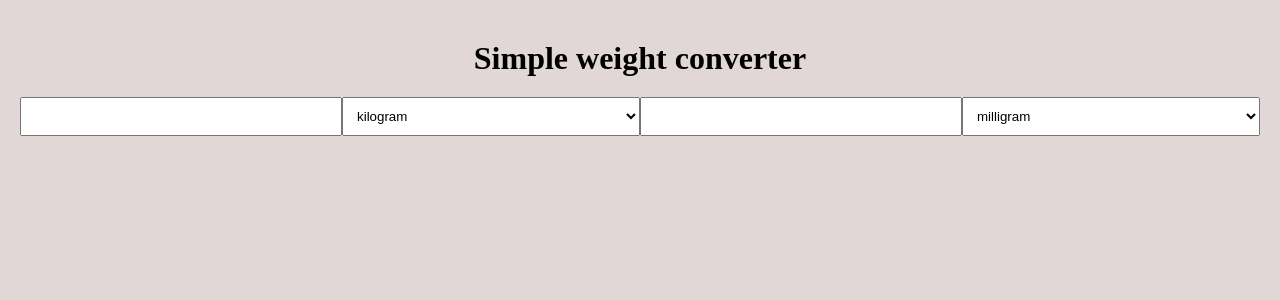
Repository: Eugene44-hub/weight-converter
Page: index.html
The author's editor kept a copy of each file at every save. The page is drawn from the files as they stood at one save, then again after the next save.
The browser window is 1280 px wide. The pictures show the whole page.

Above is the page before, as saved 2021-09-20 04:59:28.

### index.html
<!DOCTYPE html>
<html lang="en">

<head>
    <meta charset="UTF-8">
    <meta http-equiv="X-UA-Compatible" content="IE=edge">
    <meta name="viewport" content="width=device-width, initial-scale=1.0">
    <link rel="stylesheet" href="style.css">
    <title>Document</title>
</head>

<body>
    <div class="converter">
        <h1>Simple weight converter</h1>

        <input type="number" id="typed">
        <select name="" id="in-weight">
      <option value="kg">kilogram</option>
      <option value="ou">ounce</option>
      <option value="mg">milligram</option>
    </select>
        <input type="number" id="output">
        <select name="" id="out-weight">
      <option value="mg">milligram</option>
      <option value="ou">ounce</option>
      <option value="kg">kilogram</option>
    </select>
    </div>
    <script src="app.js"></script>
</body>

</html>

### style.css
* {
    padding: 0;
    margin: 0;
}

body {
    background-color: rgb(226, 215, 215);
}

input {
    padding: 10px;
    flex: 10%;
    margin-bottom: 10px;
}

h1 {
    text-align: center;
    flex: 100%;
    margin-bottom: 20px;
}

select {
    padding: 10px;
    margin-bottom: 10px;
    flex: 10%;
}

.converter {
    display: flex;
    flex-wrap: wrap;
    justify-content: space-between;
    padding: 20px;
    margin: 20px auto;
}

### app.js
let typed = document.querySelector('#typed');
let output = document.querySelector('#output');
let select = document.querySelector('#in-weight');
let select2 = document.querySelector('#out-weight');

function selectTwo(val) {
    select2.addEventListener('change', e => {
        if (select2.value === 'mg' && select.value === 'kg') {
            output.value = val * Math.pow(10, 6)
        } else if (select2.value === "ou" && select.value === 'mg') {
            output.value = val * 0.000035274
        } else if (select2.value === "ou" && select.value === 'kg') {
            output.value = val * 35.274
        } else if (select2.value === "kg" && select.value === 'ou') {
            output.value = val / 35.274
        } else if (select2.value === "mg" && select.value === 'ou') {
            output.value = val / 0.000035274
        } else if (select2.value === "kg" && select.value === 'mg') {
            output.value = val / Math.pow(10, 6)
        } else {
            output.value = typed.value
        }

    })
}

function selectOne(val) {
    select.addEventListener('change', e => {

        if (select2.value === 'mg' && select.value === 'kg') {
            typed.value = val / Math.pow(10, 6)
        } else if (select2.value === "mg" && select.value === 'ou') {
            typed.value = val * 0.000035274
        } else if (select2.value === "ou" && select.value === 'kg') {
            typed.value = val / 35.274
        } else if (select2.value === "kg" && select.value === 'ou') {
            typed.value = val * 35.274
        } else if (select2.value === "ou" && select.value === 'mg') {
            typed.value = val / 0.000035274
        } else if (select2.value === "kg" && select.value === 'mg') {
            typed.value = val * Math.pow(10, 6)
        } else { typed.value = output.value }
    })
}


typed.addEventListener('input',
    e => {

        if (select2.value === 'mg' && select.value === 'kg') {
            output.value = Number(e.target.value) * Math.pow(10, 6)
        } else if (select2.value === "ou" && select.value === 'mg') {
            output.value = Number(e.target.value) * 0.000035274
        } else if (select2.value === "ou" && select.value === 'kg') {
            output.value = Number(e.target.value) * 35.274
        } else if (select2.value === "kg" && select.value === 'ou') {
            output.value = Number(e.target.value) / 35.274
        } else if (select2.value === "mg" && select.value === 'ou') {
            output.value = Number(e.target.value) / 0.000035274
        } else if (select2.value === "kg" && select.value === 'mg') {
            output.value = Number(e.target.value) / Math.pow(10, 6)
        } else {
            output.value = typed.value
        }
        selectTwo(Number(e.target.value))
    })

output.addEventListener('input',
    e => {
        if (select2.value === 'mg' && select.value === 'kg') {
            typed.value = Number(e.target.value) / Math.pow(10, 6)
        } else if (select2.value === "mg" && select.value === 'ou') {
            typed.value = Number(e.target.value) * 0.000035274
        } else if (select2.value === "ou" && select.value === 'kg') {
            typed.value = Number(e.target.value) / 35.274
        } else if (select2.value === "kg" && select.value === 'ou') {
            typed.value = Number(e.target.value) * 35.274
        } else if (select2.value === "ou" && select.value === 'mg') {
            typed.value = Number(e.target.value) / 0.000035274
        } else if (select2.value === "kg" && select.value === 'mg') {
            typed.value = Number(e.target.value) * Math.pow(10, 6)
        } else { typed.value = output.value }
        selectOne(Number(e.target.value))
    })

After the next save:
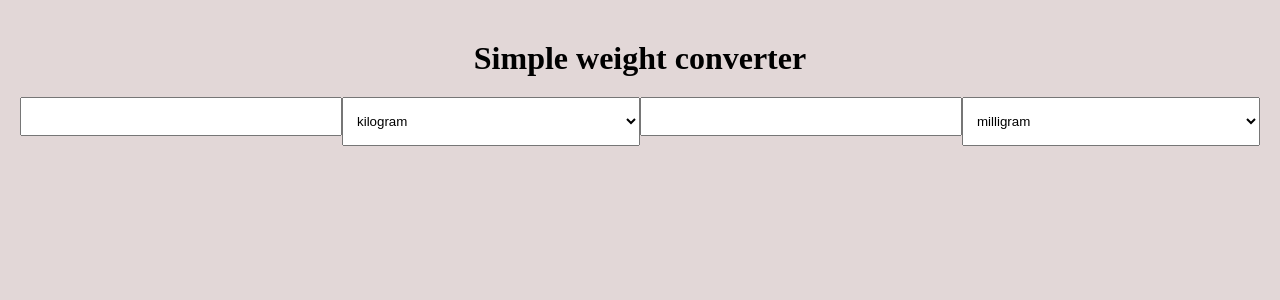
Saved 26 s later.
--- a/style.css
+++ b/style.css
@@ -21,7 +21,6 @@ h1 {
 
 select {
     padding: 10px;
-    margin-bottom: 10px;
     flex: 10%;
 }
 

After the save that followed:
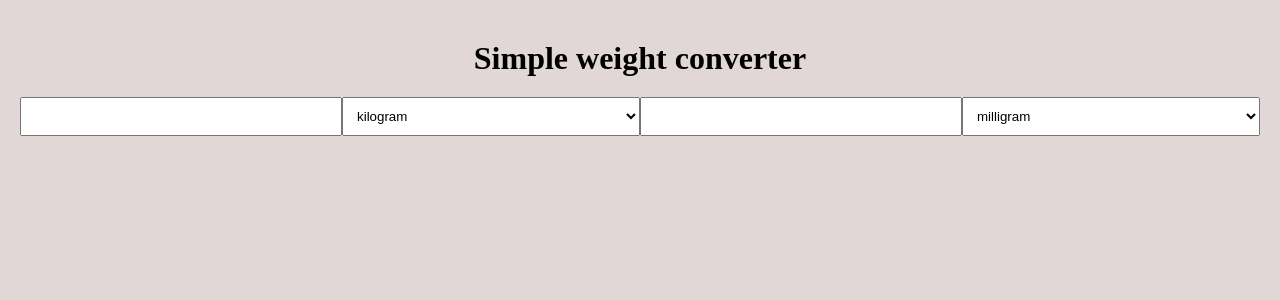
Saved 4 s later.
--- a/style.css
+++ b/style.css
@@ -10,7 +10,6 @@ body {
 input {
     padding: 10px;
     flex: 10%;
-    margin-bottom: 10px;
 }
 
 h1 {
